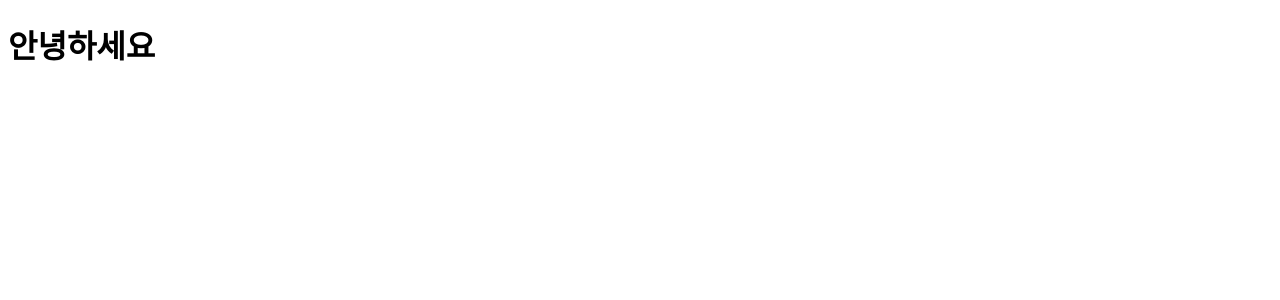
Repository: pje00427/webserver_workspace1
Page: 1_Servlet/WebContent/index.html
These files come from the project's save history. The page is drawn as it stood at one moment and after the next save; the edit follows.
The browser window is 1280 px wide. The pictures show the whole page.

Above is the page before, as saved 2020-08-27 03:22:32.

After the next save:
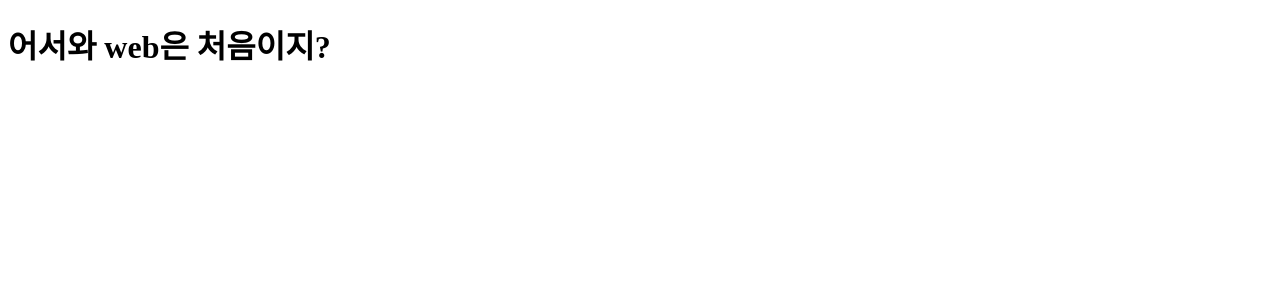
Saved 24 min 11 s later.
--- a/1_Servlet/WebContent/index.html
+++ b/1_Servlet/WebContent/index.html
@@ -5,7 +5,8 @@
 <title>Insert title here</title>
 </head>
 <body>
-	<h1>안녕하세요</h1>
+	<!-- http://localhost:8888/웹어플리케이션Context루트명 -->
+	<h1>어서와 web은 처음이지?</h1>
 
 
 </body>
